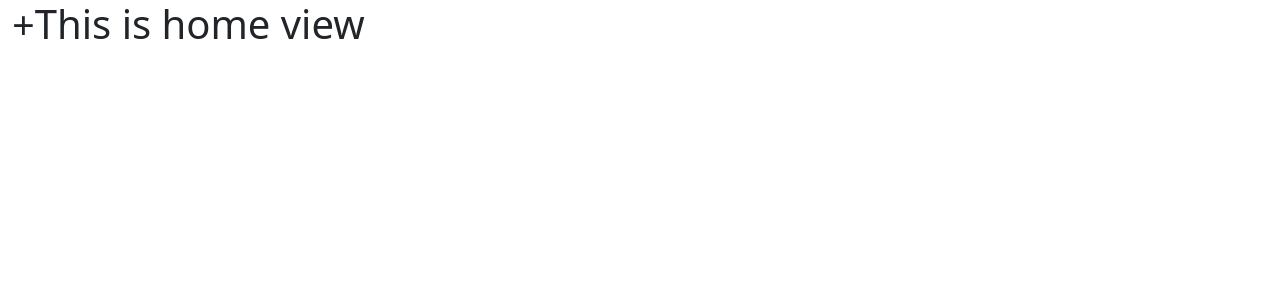
Repository: Teeticode/PHP-MVC-ARHITECTURE-TEMP
Page: http://localhost/assignmentapp/
An editor plug-in stored every save of this project. The page is shown before and after the next save, followed by the edit.
The browser window is 1280 px wide. The pictures show the whole page.
The page is run by PHP 8.4 with error messages shown; the project is at /var/www/html/.

Above is the page before, as saved 2022-06-26 17:44:21.

After the next save:
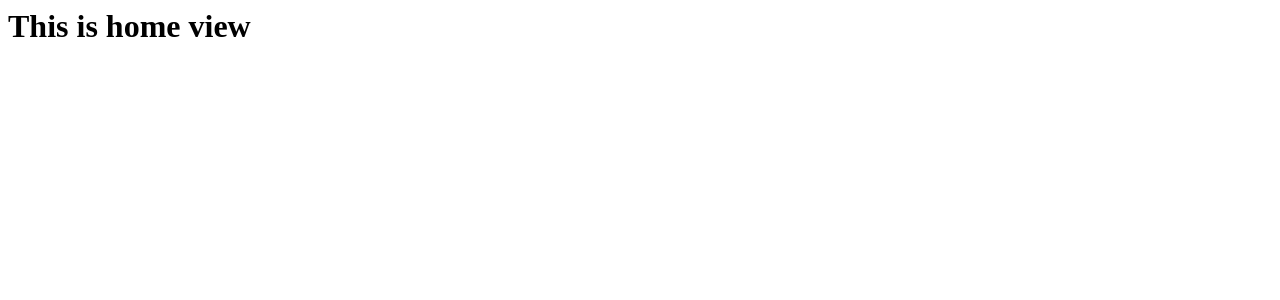
Saved 66 s later.
--- a/private/views/home.view.php
+++ b/private/views/home.view.php
@@ -1,7 +1,4 @@
-<?php $this->view('includes/header'); ?>
 
     <div class="container-fluid">
         <h1><i class="fa fa-plus"></i>This is home view</h1>
     </div>
-
-<?php $this->view('includes/footer'); ?>

After the save that followed:
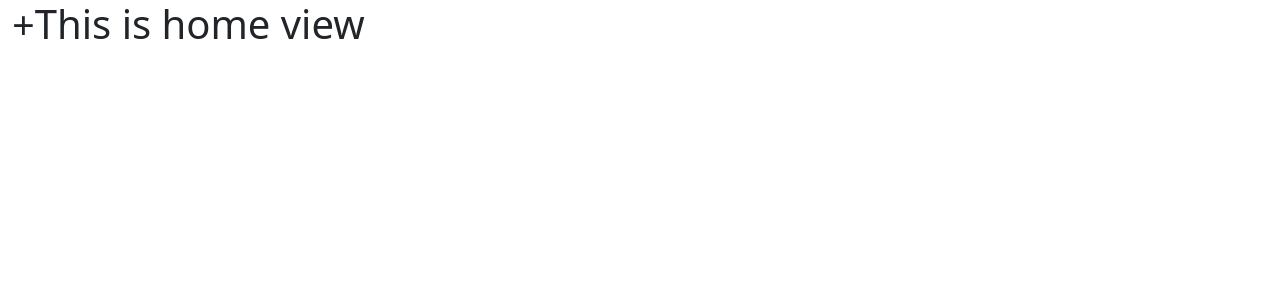
Saved 9 s later.
--- a/private/views/home.view.php
+++ b/private/views/home.view.php
@@ -1,4 +1,7 @@
+<?php $this->view('includes/header'); ?>
 
     <div class="container-fluid">
         <h1><i class="fa fa-plus"></i>This is home view</h1>
     </div>
+
+<?php $this->view('includes/footer'); ?>
